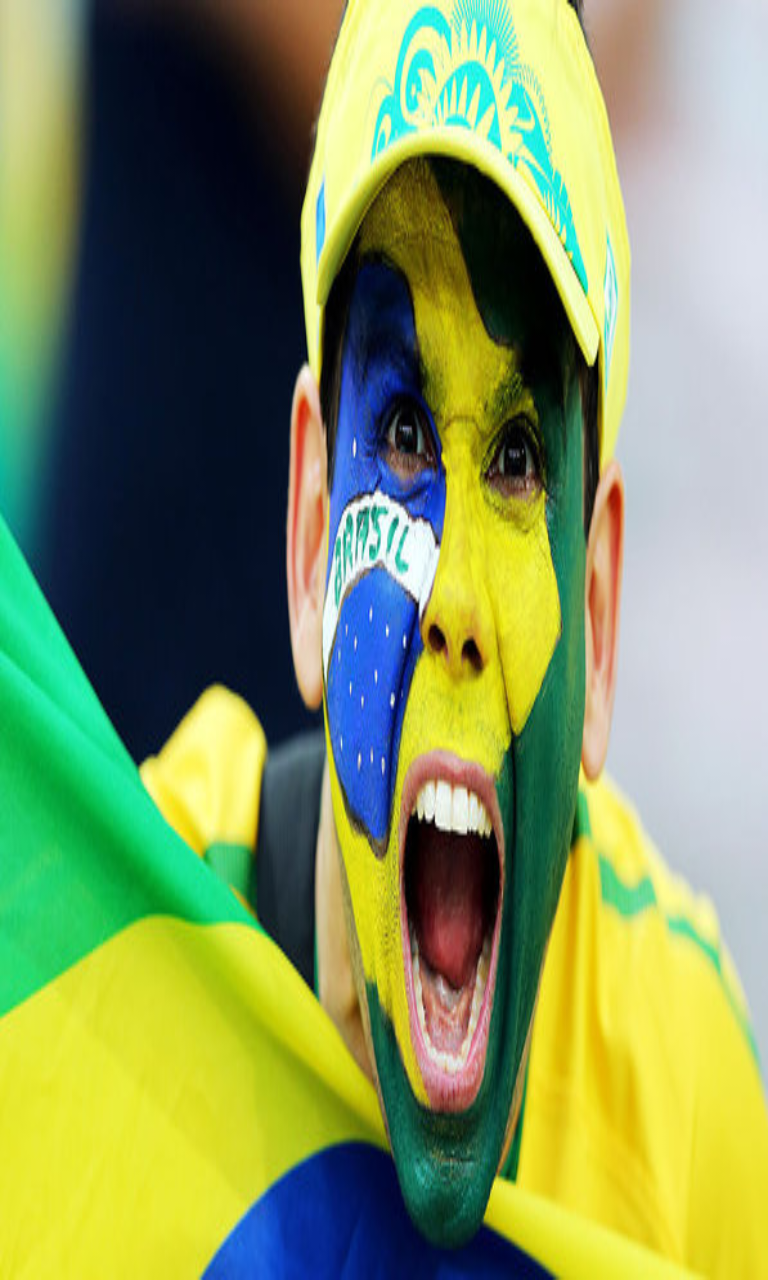
Repository: wellingtondessuy/AppLearning
Layout: HappyApp/res/layout/fragment_1.xml
The author's editor kept a copy of each file at every save. The layout is drawn from the files as they stood at one save, then again after the next save.
It is drawn on a 768 x 1280 px phone screen (xhdpi) without system bars, with theme AppTheme; the app's code is not run.

Above is the layout before, as saved 2015-05-22 13:58:20.

### HappyApp/res/layout/fragment_1.xml
<RelativeLayout xmlns:android="http://schemas.android.com/apk/res/android"
    xmlns:tools="http://schemas.android.com/tools"
    android:layout_width="match_parent"
    android:layout_height="match_parent"
    android:background="#80000000"
    android:background="@drawable/back_1"
    tools:context="com.example.happyapp.MainActivity$PlaceholderFragment" >

</RelativeLayout>

Loaded but not shown: HappyApp/res/values/styles.xml (common file); HappyApp/res/values-v11/styles.xml (common file); HappyApp/res/values-v14/styles.xml (common file)

After the next save:
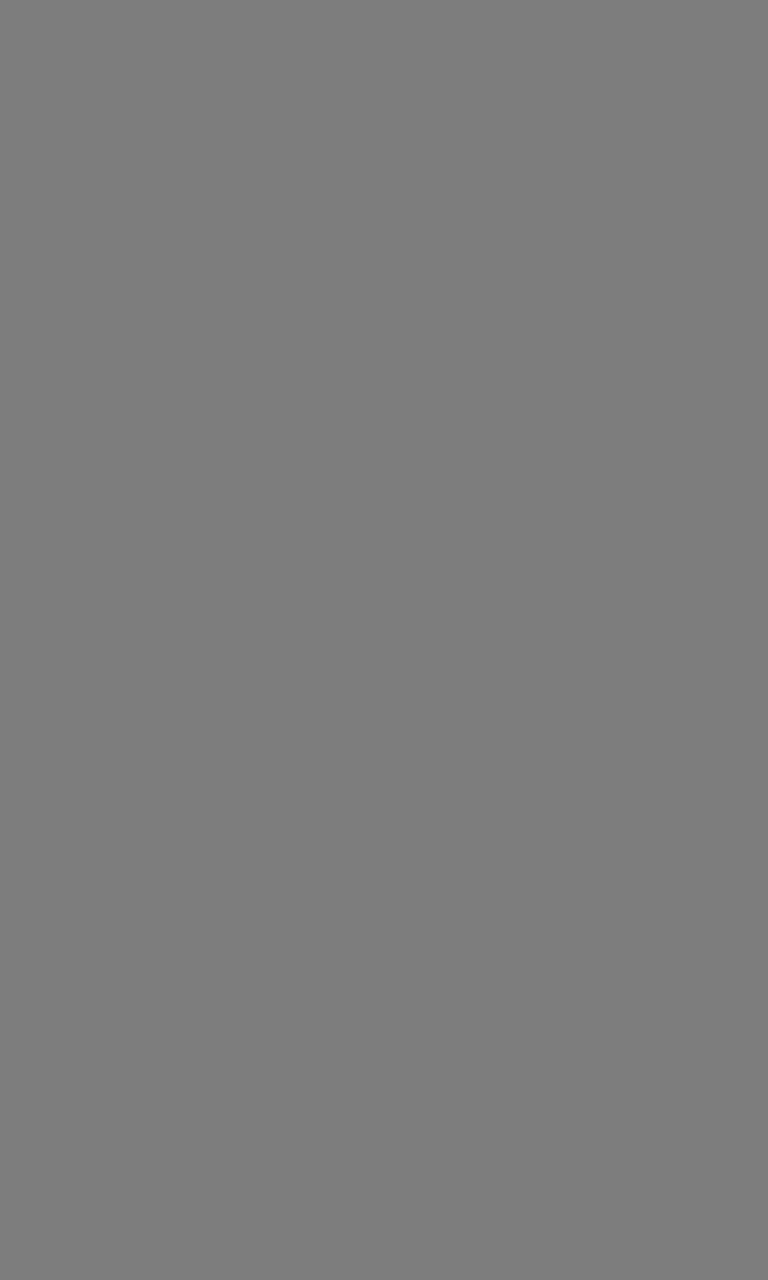
Saved 8 s later.
--- a/HappyApp/res/layout/fragment_1.xml
+++ b/HappyApp/res/layout/fragment_1.xml
@@ -2,7 +2,7 @@
     xmlns:tools="http://schemas.android.com/tools"
     android:layout_width="match_parent"
     android:layout_height="match_parent"
-    android:background="#80000000"
+    android:backgroundTint="#80000000"
     android:background="@drawable/back_1"
     tools:context="com.example.happyapp.MainActivity$PlaceholderFragment" >
 

After the save that followed:
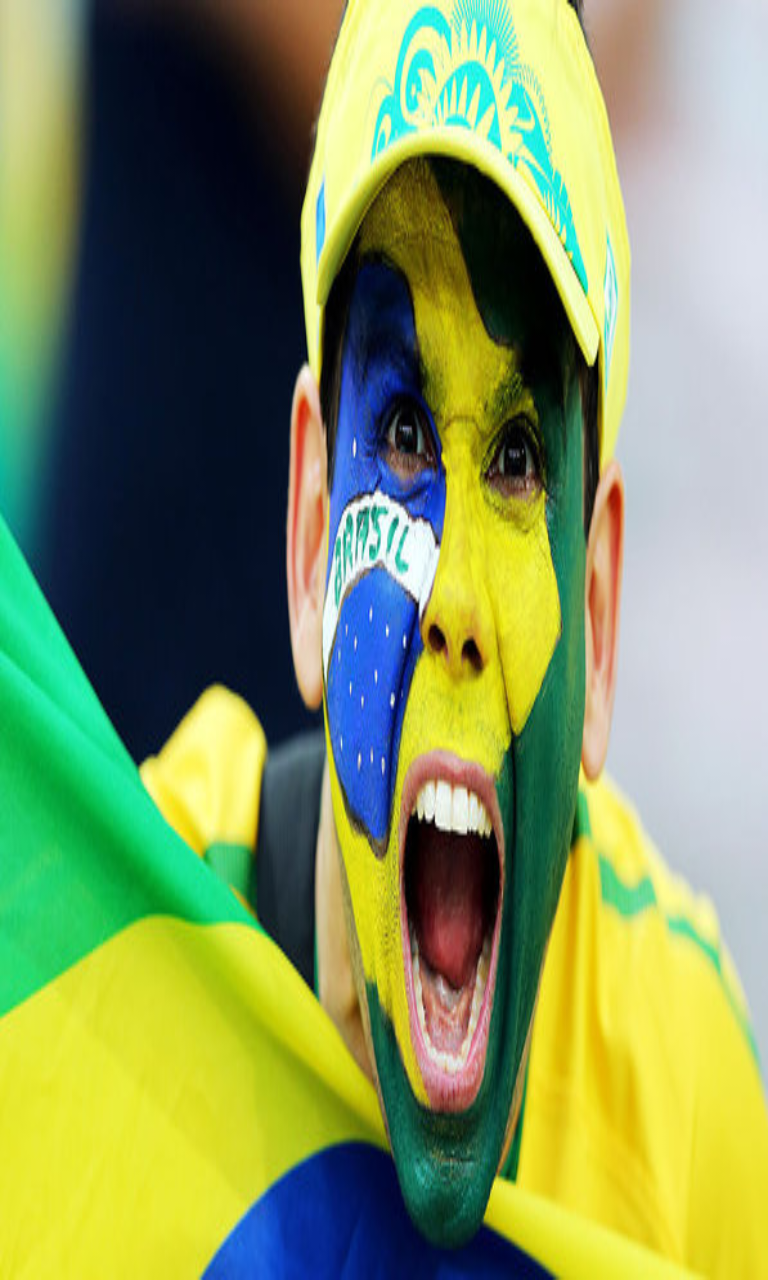
Saved 3 min 47 s later.
--- a/HappyApp/res/layout/fragment_1.xml
+++ b/HappyApp/res/layout/fragment_1.xml
@@ -2,7 +2,7 @@
     xmlns:tools="http://schemas.android.com/tools"
     android:layout_width="match_parent"
     android:layout_height="match_parent"
-    android:backgroundTint="#80000000"
+
     android:background="@drawable/back_1"
     tools:context="com.example.happyapp.MainActivity$PlaceholderFragment" >
 
